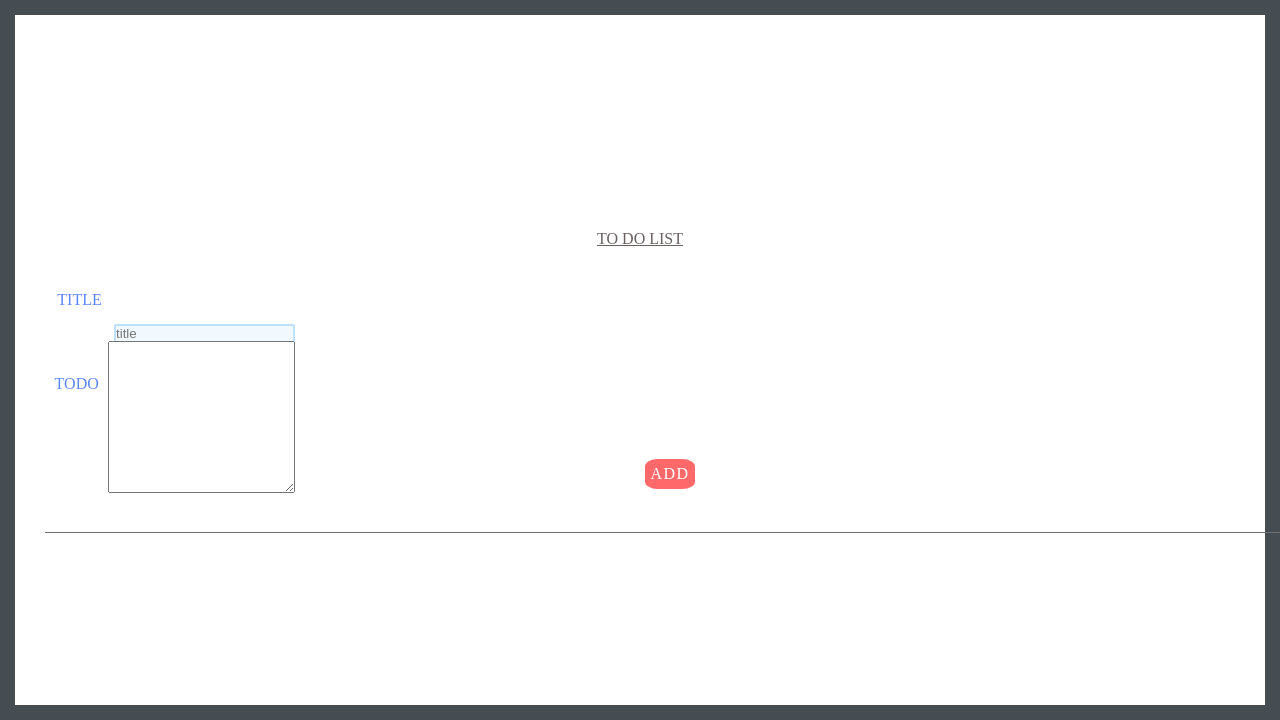
Repository: NagataRyuji0630/shinjin-otameshi
Page: todo_white_board.html
An editor plug-in stored every save of this project. The page is shown before and after the next save, followed by the edit.
The browser window is 1280 px wide. The pictures show the whole page.

Above is the page before, as saved 2020-06-11 22:52:43.
Not found: todoWhiteBoard.js

### todo_white_board.html
<!DOCTYPE html>
<html lang="ja">

<head>
    <meta charset="UTF-8">
    <meta name="viewport" content="width=device-width, initial-scale=1.0">
    <meta http-equiv="X-UA-Compatible" content="ie=edge">
    <link rel="stylesheet" href="./todo_white_board.css">
    <script src="./constants.js"></script>
    <script src="./domAction.js"></script>
    <script src="./todoWhiteBoard.js"></script>
    <title>Todo White Board</title>
</head>

<body>
    <div class="white_board display_flex_justify direction_colum">

        <div id="board_title_container" class="display_flex_all">
            <div id="board_title">TO DO LIST</div>
        </div>

        <div id="form_container" class="display_flex_justify direction_colum">

            <div class="input_content display_flex_all direction_row">
                <div class="input_title">TITLE</div>
                <input id="todo_title" type="text" placeholder="title" />
            </div>

            <div class="input_content display_flex_all direction_row">
                <div class="input_title">TODO</div>
                <textarea id="todo_detail" cols="30" rows="10"></textarea>
            </div>

            <div id="btn_container" class="display_flex_justify">
                <div class="btn red_btn display_flex_all">
                    <div class="btn_text">ADD</div>
                </div>
            </div>
        </div>

        <div id="todo_list_container"></div>
    </div>
</body>

</html>

### todo_white_board.css
* {
    margin: 0px;
    padding: 0px;
    box-sizing: border-box;
}

body, html {
    width: 100%;
    height: 100%;
    font-size: 16px;
    overflow-x: hidden;
}

.display_flex_all {
    display: flex;
    justify-content: center;
    align-items: center;
}

.display_flex_justify {
    display: flex;
    justify-content: center;
}

.display_flex_align {
    display: flex;
    align-items: center;
}

.direction_colum {
    flex-direction: column;
}

.direction_row {
    flex-direction: row;
}

.white_board {
    width: 100%;
    height: 100%;
    border: 15px solid #454D53;
}

#board_title_container {
    width: auto;
    height: 15%;
}

#board_title {
    text-align: center;
    text-decoration: underline;
    font: Bold 50px;
    letter-spacing: 0px;
    color: #696060;
}

#form_container {
    width: 100%;
    height: 35%;
    margin-left: 30px;
    border-bottom: 1px solid #707070;
}

.input_content {
    width: 20%;
    height: 35%;
}

.input_title {
    width: 35%;
    height: 100%;
    text-align: center;
    font: Bold 20px;
    letter-spacing: 0px;
    color: #5887F9;
}

#todo_title {
    background: #F1F9FF 0% 0% no-repeat padding-box;
    border: 2px solid #BCE0FD;
    border-radius: 2px;
}

#todo_detail {
    text-align: left;
    font: Bold 20px;
    letter-spacing: 0px;
    color: #5887F9;
}

#btn_container {
    width: 100%;
    height: 30%;
}

.btn {
    width: 50px;
    height: 30px;
    border-radius: 25%;
}

.red_btn {
    background-color: #FF6969;
}

.btn_text {
    text-align: center;
    font: Bold 24px;
    letter-spacing: 1.44px;
    color: #FFFFFF;
}

Loaded but not shown: constants.js (no stored copy; drawn as an empty file); domAction.js (no stored copy; drawn as an empty file)

After the next save:
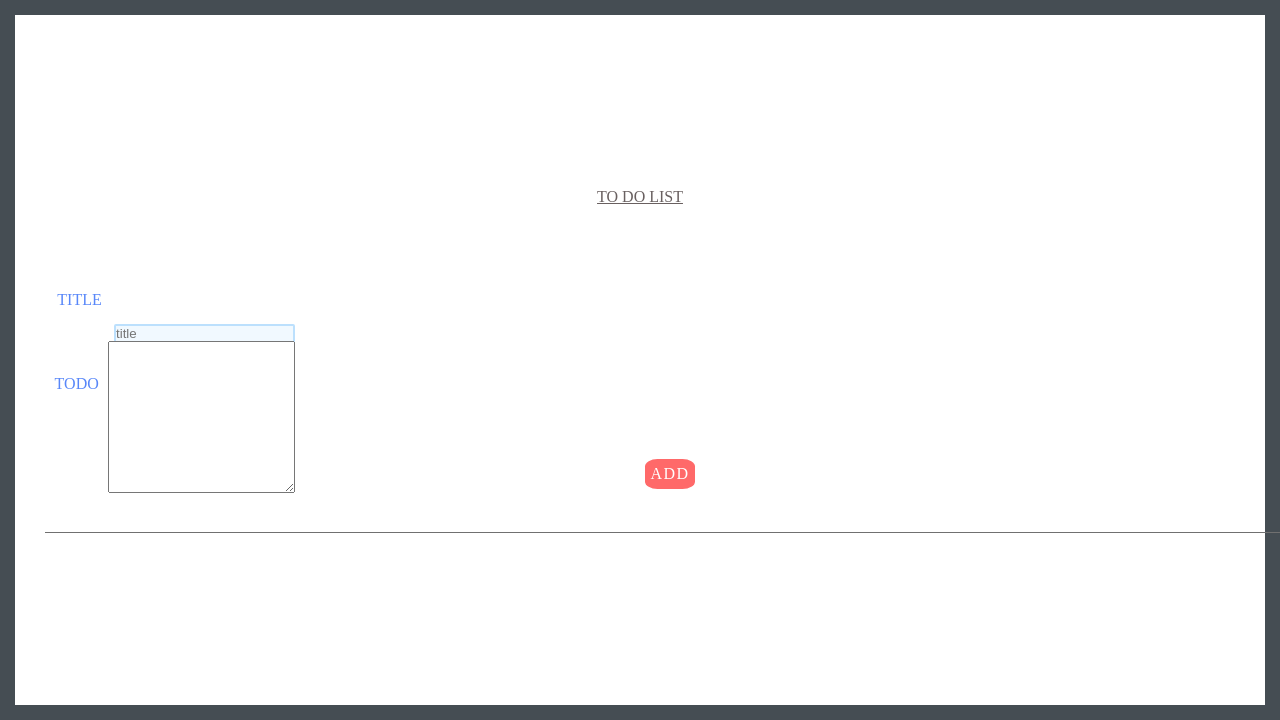
Saved 2 min 6 s later.
--- a/todo_white_board.html
+++ b/todo_white_board.html
@@ -15,7 +15,7 @@
 <body>
     <div class="white_board display_flex_justify direction_colum">
 
-        <div id="board_title_container" class="display_flex_all">
+        <div id="board_title_container" class="display_flex_justify">
             <div id="board_title">TO DO LIST</div>
         </div>
 
